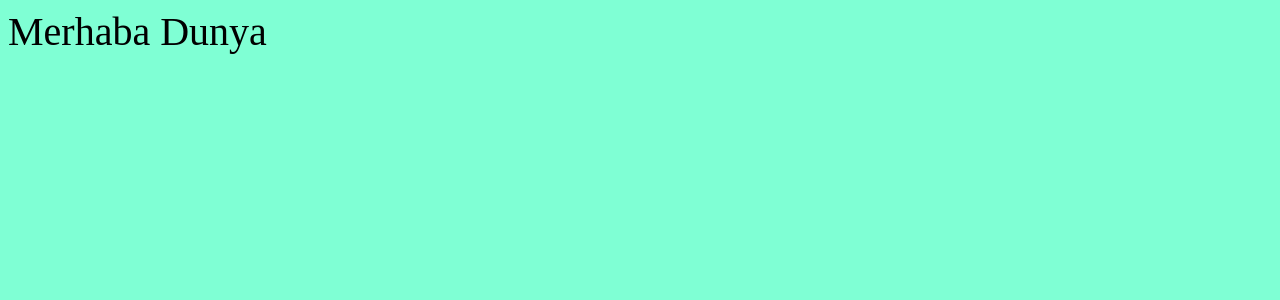
Repository: Kubraaygun/Html_Css_Login
Page: index.html
These files come from the project's save history. The page is drawn as it stood at one moment and after the next save; the edit follows.
The browser window is 1280 px wide. The pictures show the whole page.

Above is the page before, as saved 2025-03-04 17:25:14.

### index.html
<!DOCTYPE html>
<html lang="en">
  <head>
    <meta charset="UTF-8" />
    <meta name="viewport" content="width=device-width, initial-scale=1.0" />
    <title>HTML</title>

    <style>
      body {
        font-size: 40px;
        background-color: aquamarine;
      }
    </style>
  </head>

  <body>
    Merhaba Dunya
  </body>
</html>

After the next save:
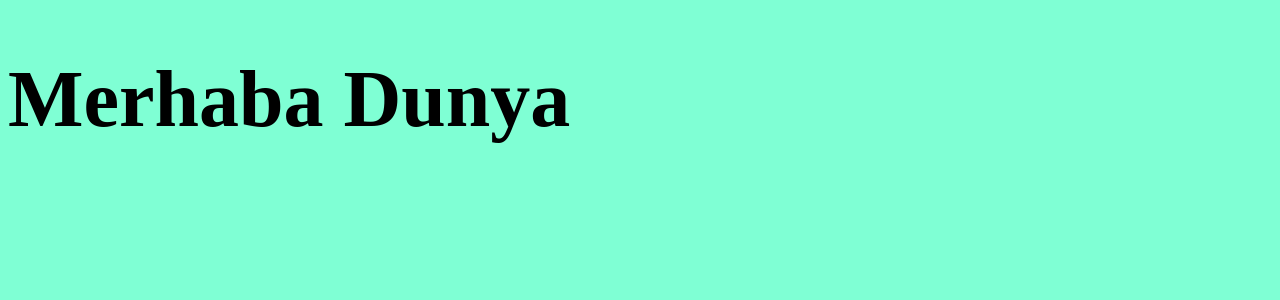
Saved 42 s later.
--- a/index.html
+++ b/index.html
@@ -14,6 +14,6 @@
   </head>
 
   <body>
-    Merhaba Dunya
+    <h1 class="h1">Merhaba Dunya</h1>
   </body>
 </html>
